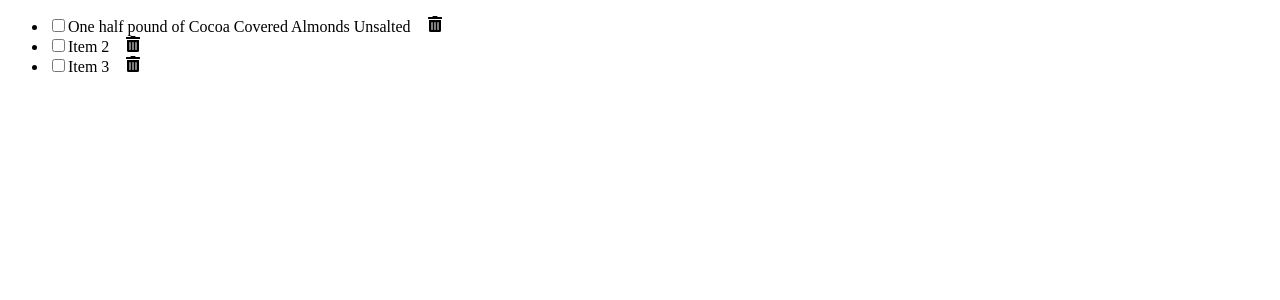
Repository: akinmiday/react-series
Page: /
The author's editor kept a copy of each file at every save. The page is drawn from the files as they stood at one save, then again after the next save.
The browser window is 1280 px wide. The pictures show the whole page.
The project was rebuilt for these pictures with package versions that can differ from the ones it lists, and the page was loaded fresh each time. Also part of the build but not shown: vite.config.js, src/index.css.

Above is the page before, as saved 2023-08-21 17:55:53.

### src/App.jsx
import { useState } from 'react'
import { FaTrashAlt } from "react-icons/fa"
import './App.css'

const App = () => {

  const [items, setItems] = useState([
    {
      id: 1,
      checked: false,
      item: "One half pound of Cocoa Covered Almonds Unsalted"
    },
    {
      id: 2,
      checked: false,
      item: "Item 2"
    },
    {
      id: 3,
      checked: false,
      item: "Item 3"

    }
  ])


  return (
    <>
      <ul>
        {items.map((item) => (
          <li className='item' key={item.id} >
            <input
              type='checkbox'
              checked={item.checked}
            />
            <label>{item.item}</label>
            <FaTrashAlt
              role='button'
              tabIndex="0"
            />
          </li>
        ))}
      </ul>
    </>
  )
}

export default App

### src/App.css
.item svg{
    width: 48px;
    min-width: 48px;
}

Loaded but not shown: index.html (common file); src/main.jsx (common file)

After the next save:
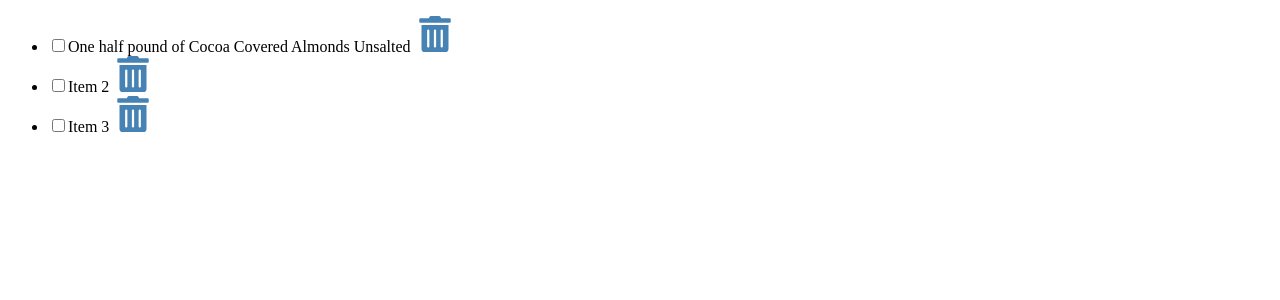
Saved 58 s later.
--- a/src/App.css
+++ b/src/App.css
@@ -1,4 +1,8 @@
 .item svg{
     width: 48px;
     min-width: 48px;
+    height: 36px;
+    font-size: 1rem;
+    color: steelblue;
+    cursor: pointer
 }
